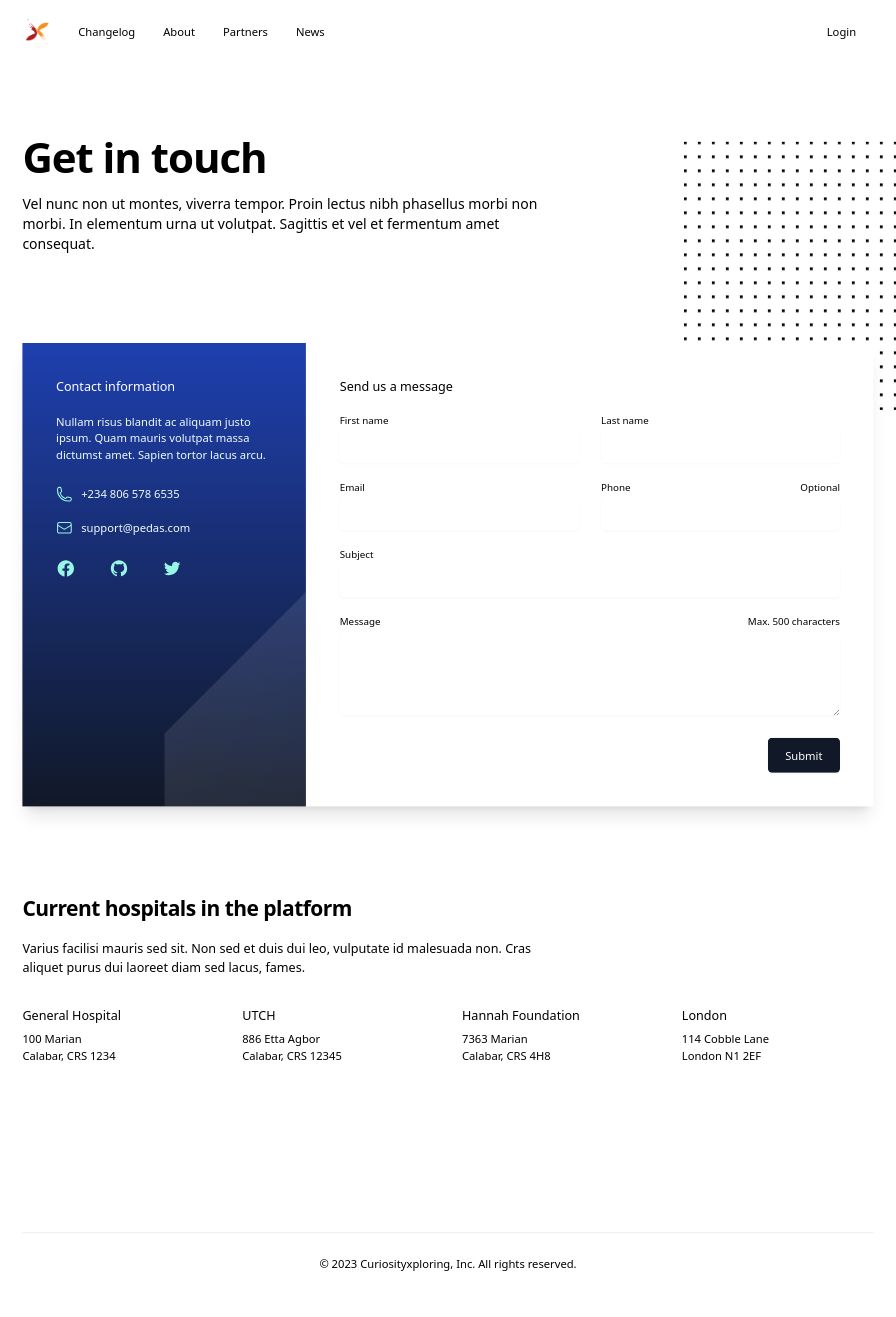
Repository: VinceBrun/medical-web3-app
Page: /contactus
An editor plug-in stored every save of this project. The page is shown before and after the next save, followed by the edit.
The browser window is 1280 px wide. The pictures show the whole page, at 70% of full size.
The project was rebuilt for these pictures with package versions that can differ from the ones it lists, and the page was loaded fresh each time. The framework's server and built-in components were replaced by stand-ins that run in the browser. Also part of the build but not shown: next.config.js.

Above is the page before, as saved 2023-01-16 19:10:22.

After the next save:
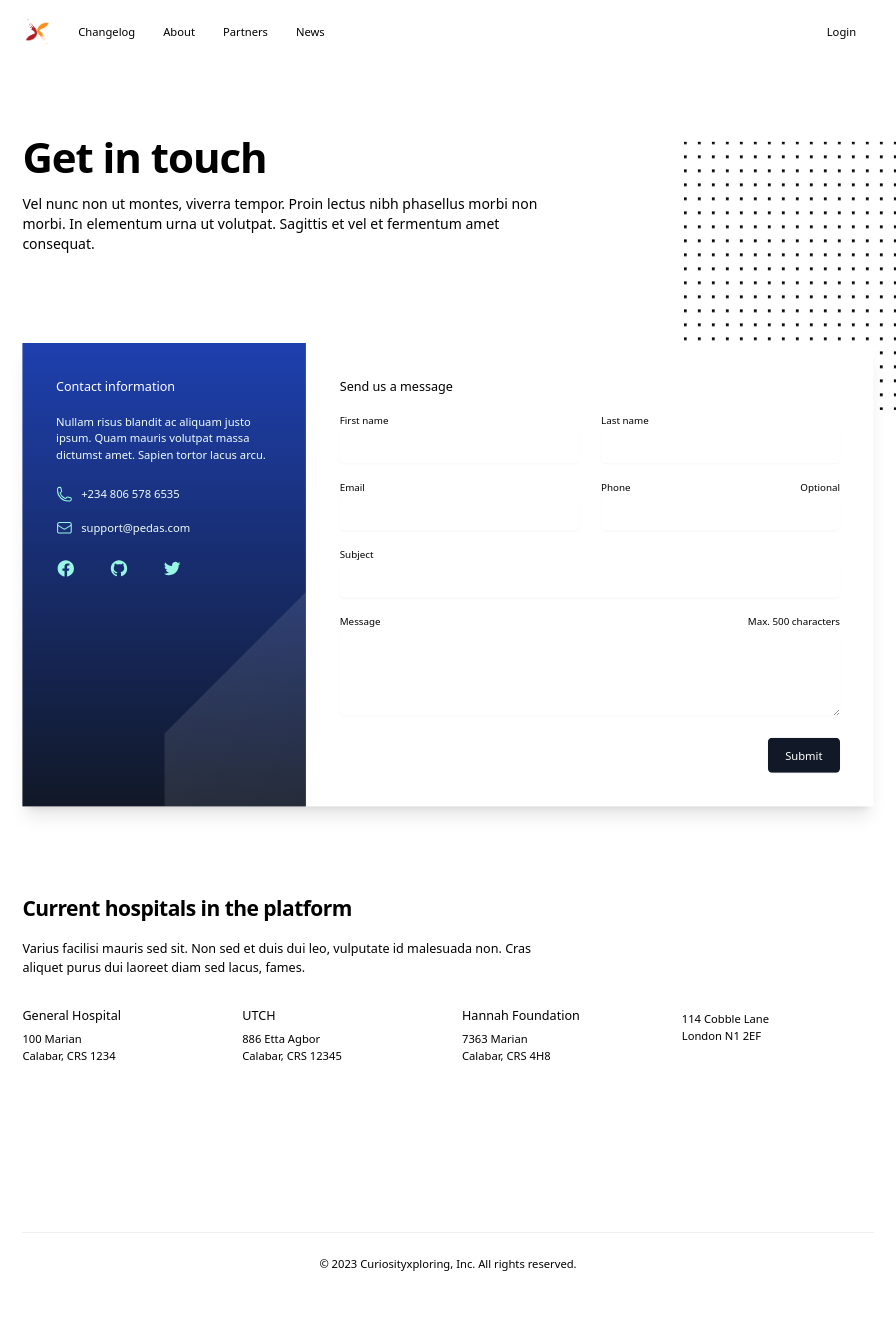
Saved 20 s later.
--- a/pages/contactus.js
+++ b/pages/contactus.js
@@ -30,7 +30,7 @@ const hospitals = [
     city: "Hannah Foundation",
     address: ["7363 Marian", "Calabar, CRS 4H8"],
   },
-  { id: 4, city: "London", address: ["114 Cobble Lane", "London N1 2EF"] },
+  { id: 4, city: "", address: ["114 Cobble Lane", "London N1 2EF"] },
 ];
 
 
